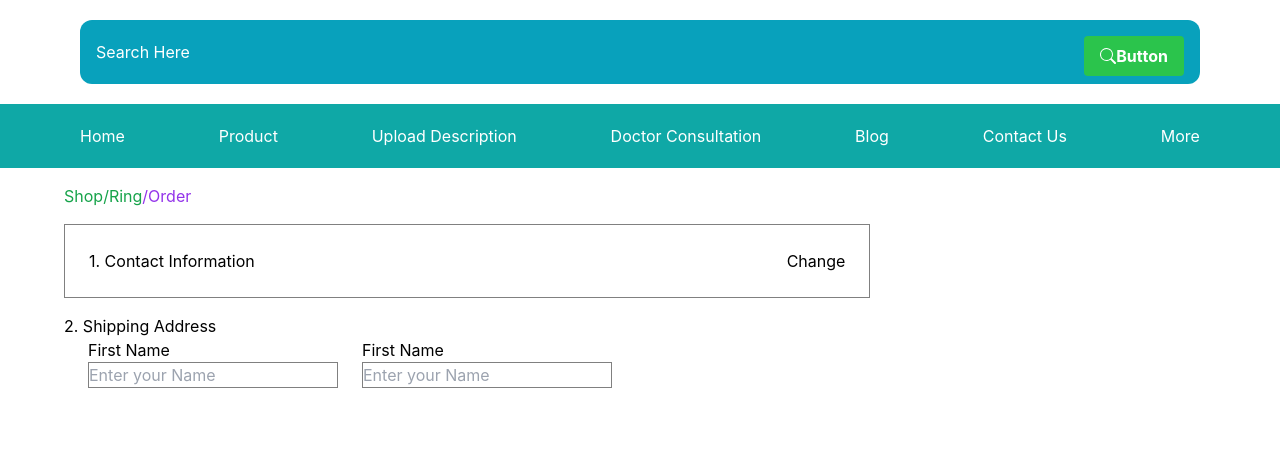
Repository: arafatmollah/form-pharma
Page: /
An editor plug-in stored every save of this project. The page is shown before and after a run of saves, followed by the edit.
The browser window is 1280 px wide. The pictures show the whole page.
The project was rebuilt for these pictures with package versions that can differ from the ones it lists, and the page was loaded fresh each time.

Above is the page before, as saved 2023-03-14 23:48:08.

After the next 2 saves:
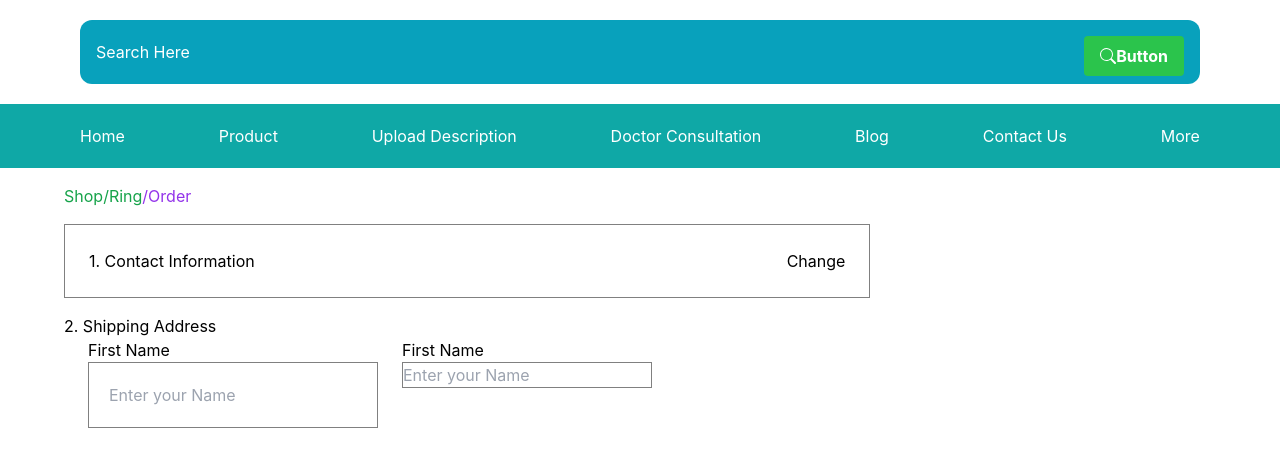
The 2 saves are shown as one change because they came seconds apart.
The last was saved 12 s later.
--- a/src/Form.js
+++ b/src/Form.js
@@ -20,7 +20,7 @@ function form() {
                <div className='flex'>
                <div className='mx-6'>
                 <label>First Name</label> <br></br>
-                <input className='input' type='text' placeholder="Enter your Name"></input>
+                <input className='input p-5' type='text' placeholder="Enter your Name"></input>
                 </div>
                 <div>
                 <label>First Name</label> <br></br>
